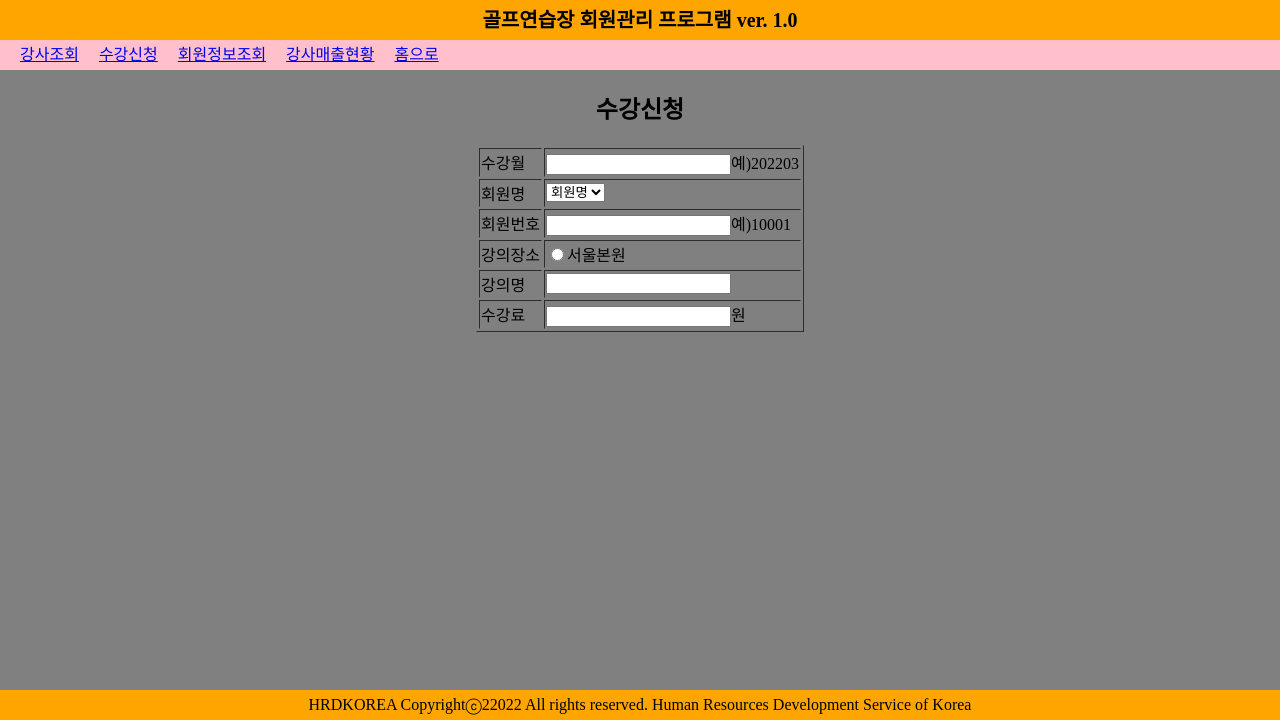
Repository: leesuyeon116/HRD_3
Page: http://localhost/HRD_0505/insert.jsp
An editor plug-in stored every save of this project. The page is shown before and after the next save, followed by the edit.
The browser window is 1280 px wide. The pictures show the whole page.
The page is served by Tomcat 9.

Above is the page before, as saved 2024-05-05 09:36:14.

### workspace/HRD_0505/src/main/webapp/insert.jsp
<%@ page language="java" contentType="text/html; charset=UTF-8"
    pageEncoding="UTF-8"%>
<!DOCTYPE html>
<html>
<head>
<meta charset="UTF-8">
<title>insert</title>
</head>
<body>
<jsp:include page="header.jsp"></jsp:include>
<section style="position: fixed; top: 70px; left: 0px; width: 100%; height: 100%; background-color: gray">
<h2 style="text-align: center">수강신청</h2>
	<form style="display: flex; align-items: center; justify-content: center">
		<table border="1">
			<tr>
				<td>수강월</td>
				<td><input type="text" name="regist_month">예)202203</td>
			</tr>

			<tr>
				<td>회원명</td>
					<td>
						<select name="c_name">
							<option value="">회원명</option>
							<option value="1">홍길동</option>
							<option value="2">장발장</option>
							<option value="3">임꺽정</option>
							<option value="4">성춘향</option>
							<option value="5">이몽룡</option>
						</select>
					</td>
			</tr>

			<tr>
				<td>회원번호</td>
				<td><input type="text" name="c_no">예)10001</td>
			</tr>

			<tr>
				<td>강의장소</td>
					<td><input type="radio" name="class_area" value="">서울본원</td>
			</tr>

			<tr>
				<td>강의명</td>
				<td><input type="text" name="class_name"></td>
			</tr>

			<tr>
				<td>수강료</td>
				<td><input type="text" name="class_price">원</td>
			</tr>

		</table>
	</form>

</section>

<jsp:include page="footer.jsp"></jsp:include>
</body>
</html>

### workspace/HRD_0505/src/main/webapp/header.jsp
<%@ page language="java" contentType="text/html; charset=UTF-8"
    pageEncoding="UTF-8"%>
<!DOCTYPE html>
<html>
<head>
<meta charset="UTF-8">
<title>header</title>
</head>
<body>
<header style="position: fixed; top: 0px; left: 0px; width: 100%; height: 40px; line-height: 40px; background-color: orange;
	text-align: center; font-size: 20px">
<b>골프연습장 회원관리 프로그램 ver. 1.0</b>
</header>

<nav style="position: fixed; top: 40px; left: 0px; width: 100%; height: 30px; line-height: 30px; background-color: pink;
	padding-left: 20px">
	<a href="tlist.jsp">강사조회</a> &nbsp; &nbsp;
	<a href="insert.jsp">수강신청</a> &nbsp; &nbsp;
	<a href="mlist.jsp">회원정보조회</a> &nbsp; &nbsp;
	<a href="salary.jsp">강사매출현황</a> &nbsp; &nbsp;
	<a href="index.jsp">홈으로</a> &nbsp; &nbsp;
</nav>
</body>
</html>

### workspace/HRD_0505/src/main/webapp/footer.jsp
<%@ page language="java" contentType="text/html; charset=UTF-8"
    pageEncoding="UTF-8"%>
<!DOCTYPE html>
<html>
<head>
<meta charset="UTF-8">
<title>footer</title>
</head>
<body>
<footer style="position: fixed; bottom: 0px; left: 0px; width: 100%; height: 30px; line-height: 30px; background-color: orange;
	text-align: center">
	HRDKOREA Copyrightⓒ22022 All rights reserved. Human Resources Development Service of Korea
</footer>
</body>
</html>

After the next save:
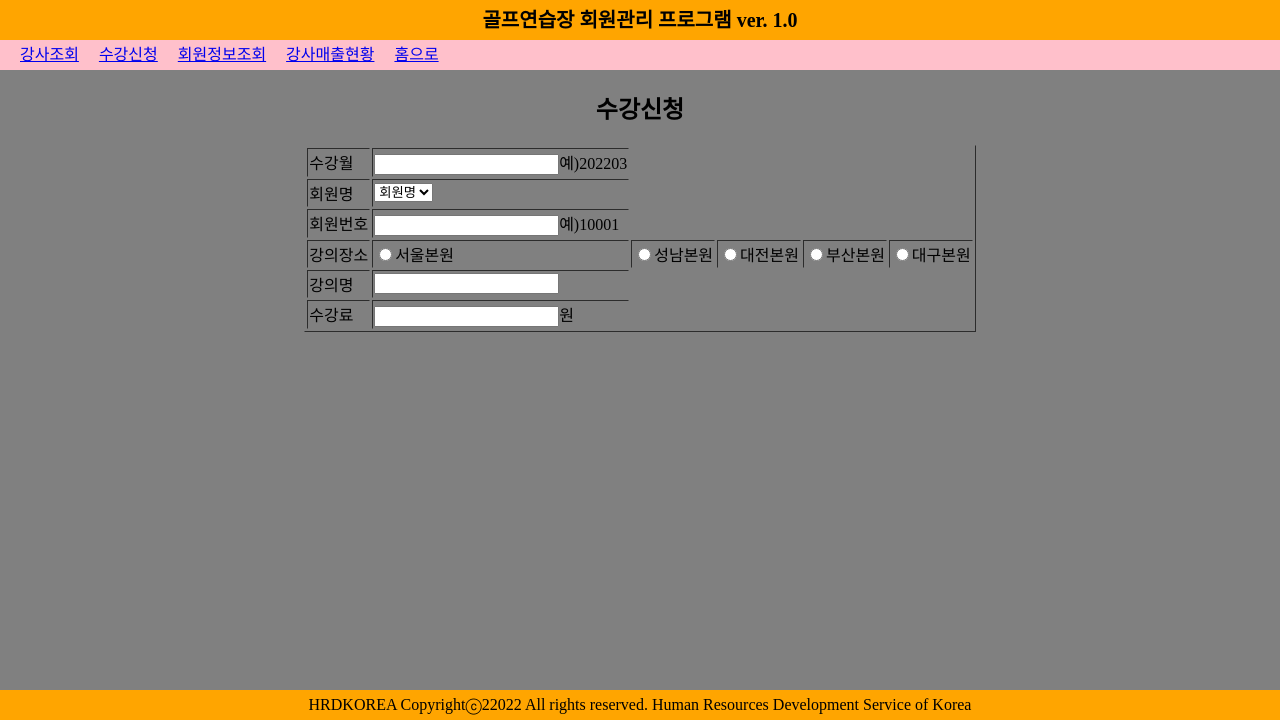
Saved 48 s later.
--- a/workspace/HRD_0505/src/main/webapp/insert.jsp
+++ b/workspace/HRD_0505/src/main/webapp/insert.jsp
@@ -38,7 +38,11 @@
 
 			<tr>
 				<td>강의장소</td>
-					<td><input type="radio" name="class_area" value="">서울본원</td>
+					<td><input type="radio" name="class_area" value="1">서울본원</td>
+					<td><input type="radio" name="class_area" value="2">성남본원</td>
+					<td><input type="radio" name="class_area" value="3">대전본원</td>
+					<td><input type="radio" name="class_area" value="4">부산본원</td>
+					<td><input type="radio" name="class_area" value="5">대구본원</td>
 			</tr>
 
 			<tr>
